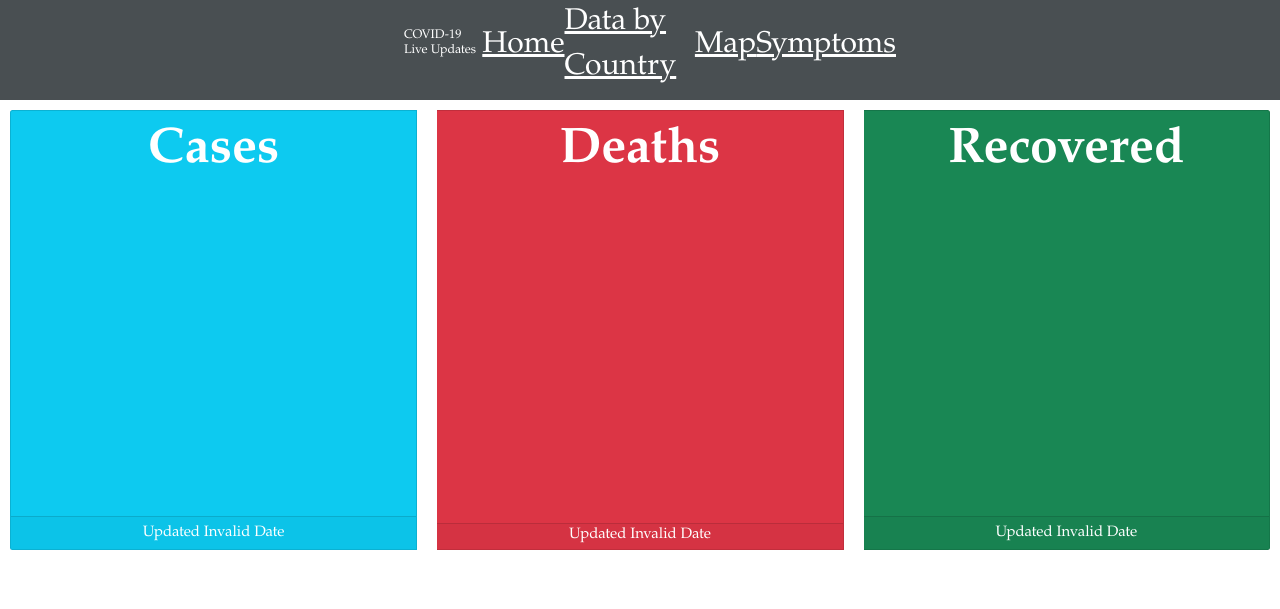
Repository: ranadubauskas/COVID-19Tracker
Page: /
An editor plug-in stored every save of this project. The page is shown before and after the next save, followed by the edit.
The browser window is 1280 px wide. The pictures show the whole page.
The page's requests for data from a server got no answer. The project was rebuilt for these pictures with package versions that can differ from the ones it lists, and the page was loaded fresh each time. No one was signed in, and anything a server would have sent is missing. Also part of the build but not shown: src/Pages/About.css, src/Pages/About.js, src/Pages/Countries.css, src/Pages/Countries.js, src/Pages/Map.js.

Above is the page before, as saved 2022-03-31 21:12:03.

After the next save:
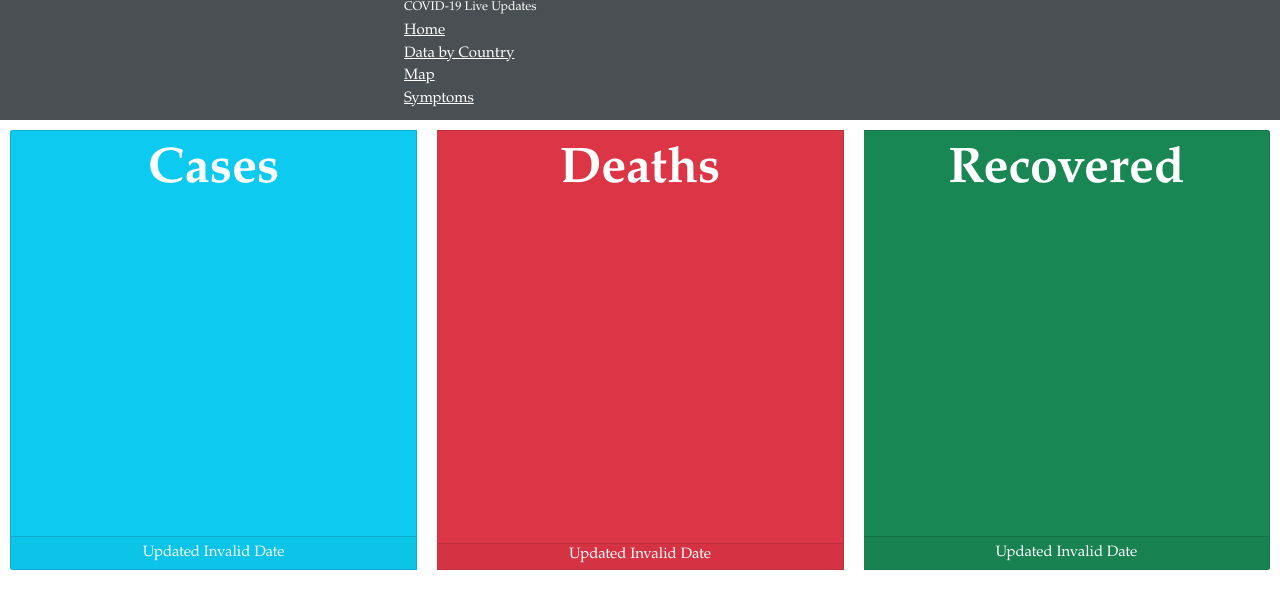
Saved 37 s later.
--- a/src/App.css
+++ b/src/App.css
@@ -31,21 +31,15 @@ nav{
   background: rgb(73, 79, 82);
   color: white;
   font-family: Garamond, serif;
-  font-size: 30px;
+  font-size: 15px;
   text-decoration: none !important;
 }
 
 .link {
   color: #FFF;
 }
-.link:hover {
-  color: dodgerblue;
-}
 .nav-list{
   width: 40%;
-  display: flex;
-  justify-content: space-around;
-  align-items: center;
   list-style: none;
   color: white;
 }
